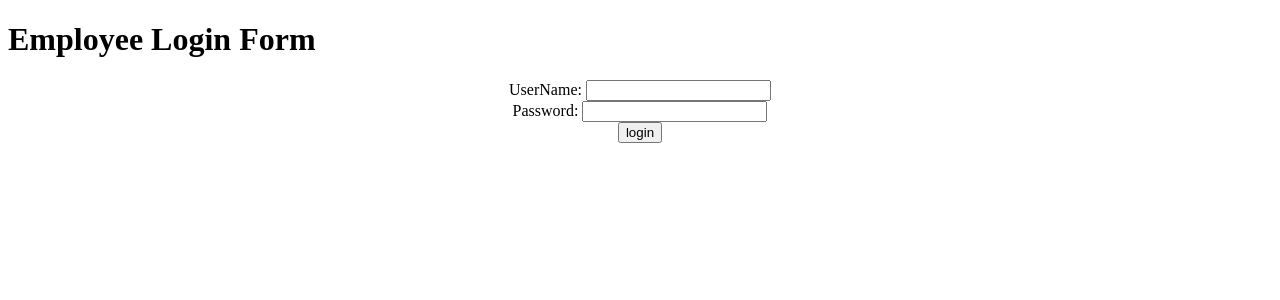
Repository: tsvel2001/TsVelDevelopment
Page: http://localhost/LoginPage/Login.jsp
These files come from the project's save history. The page is drawn as it stood at one moment and after the next save; the edit follows.
The browser window is 1280 px wide. The pictures show the whole page.
The page is served by Tomcat 9.

Above is the page before, as saved 2024-10-12 06:04:13.

After the next save:
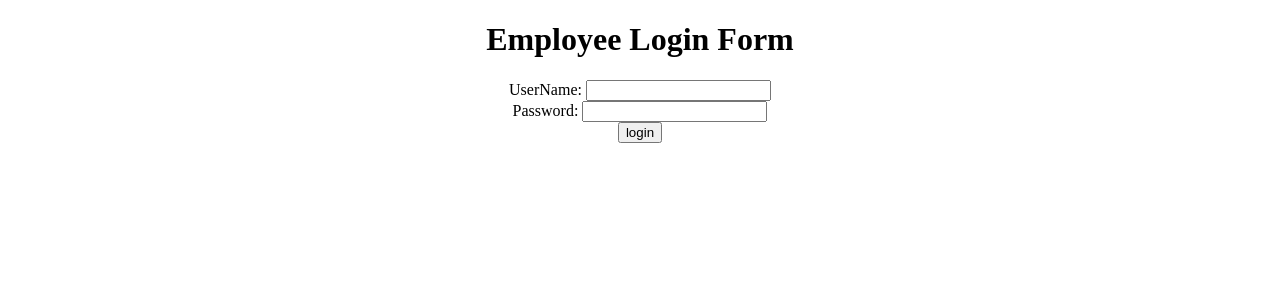
Saved 2 min 11 s later.
--- a/LoginPage/src/main/webapp/Login.jsp
+++ b/LoginPage/src/main/webapp/Login.jsp
@@ -7,7 +7,9 @@
 <title>Insert title here</title>
 </head>
 <body>
-	<h1>Employee Login Form</h1>
+	<div align="center">
+		<h1>Employee Login Form</h1>
+	</div>
 	<form action="Login" method="post"></form>
 	<div align="center">
 		<label>UserName: <input type="text" id="userName"
